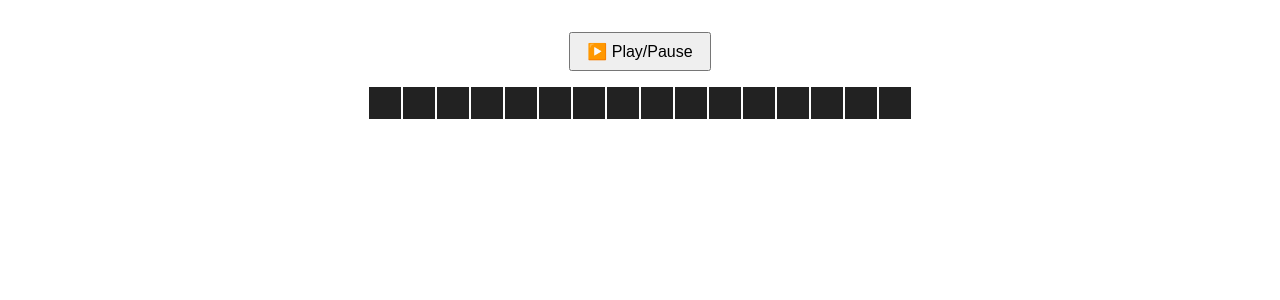
Repository: Aldentec/8-bit-Composer
Page: index.html
These files come from the project's save history. The page is drawn as it stood at one moment and after the next save; the edit follows.
The browser window is 1280 px wide. The pictures show the whole page.
Some web libraries are served in a nearby version.

Above is the page before, as saved 2025-05-27 17:32:31.

After the next save:
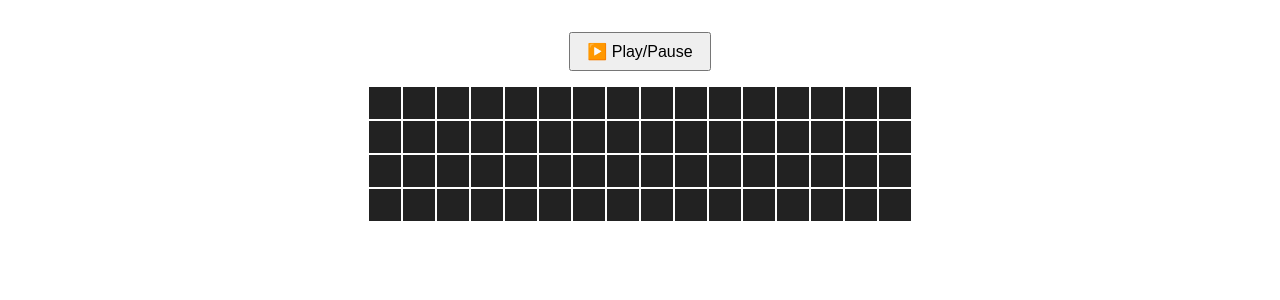
Saved 1 s later.
--- a/main.js
+++ b/main.js
@@ -1,42 +1,72 @@
-// 1–5: grid setup (you should already have this)
-const STEPS = 16;
-const gridState = Array(STEPS).fill(false);
+// Constants
+const STEPS    = 16;
+const CHANNELS = 4;
+
+// 1) Build a 2D grid state array
+const gridState = Array.from(
+  { length: CHANNELS },
+  () => Array(STEPS).fill(false)
+);
+
+// 2) Render the grid UI
 const gridEl = document.getElementById('grid');
-for (let i = 0; i < STEPS; i++) {
-  const cell = document.createElement('div');
-  cell.className = 'cell';
-  cell.dataset.step = i;
-  cell.addEventListener('click', () => {
-    gridState[i] = !gridState[i];
-    cell.classList.toggle('active', gridState[i]);
-  });
-  gridEl.append(cell);
+gridEl.innerHTML = '';  // ensure it’s empty
+
+for (let row = 0; row < CHANNELS; row++) {
+  for (let step = 0; step < STEPS; step++) {
+    const cell = document.createElement('div');
+    cell.className = 'cell';
+    cell.dataset.row  = row;
+    cell.dataset.step = step;
+    cell.addEventListener('click', () => {
+      gridState[row][step] = !gridState[row][step];
+      cell.classList.toggle('active', gridState[row][step]);
+    });
+    gridEl.append(cell);
+  }
 }
 
-// ─── Step 6: Create your single square-wave voice ───
-const osc = new Tone.Oscillator(440, 'square').toDestination();
+// 3) Create your four chip voices
+const osc1 = new Tone.Oscillator(440, 'square').toDestination();
+const osc2 = new Tone.Oscillator(330, 'square').toDestination();
+const osc3 = new Tone.Oscillator(220, 'triangle').toDestination();
+const noiseSynth = new Tone.NoiseSynth({
+  noise:    { type: 'white' },
+  envelope: { attack: 0.001, decay: 0.2, sustain: 0 }
+}).toDestination();
 
-// ─── Step 7: Schedule the sequencer ───
+// 4) Wrap each in a trigger function
+const voices = [
+  time => { osc1.start(time);       osc1.stop(time + 0.1); },
+  time => { osc2.start(time);       osc2.stop(time + 0.1); },
+  time => { osc3.start(time);       osc3.stop(time + 0.1); },
+  time => { noiseSynth.triggerAttackRelease('16n', time); }
+];
+
+// 5) Sequencer scheduling
 let cursor = 0;
 Tone.Transport.bpm.value = 120;
+
 Tone.Transport.scheduleRepeat((time) => {
-  if (gridState[cursor]) {
-    osc.frequency.setValueAtTime(440, time);
-    osc.start(time);
-    osc.stop(time + 0.1);
-  }
-  cursor = (cursor + 1) % STEPS;
+  const step = cursor % STEPS;
+  voices.forEach((triggerFn, row) => {
+    if (gridState[row][step]) {
+      triggerFn(time);
+    }
+  });
+  cursor++;
 }, '16n');
 
-// ─── Step 8: Wire up Play/Pause ───
+// 6) Play/Pause button
 const btn = document.getElementById('play');
 btn.addEventListener('click', async () => {
-  await Tone.start();            // unlock audio on first gesture
+  await Tone.start();  // unlock audio
+
   if (Tone.Transport.state === 'started') {
     Tone.Transport.stop();
     btn.textContent = '▶️ Play';
   } else {
-    cursor = 0;                  // reset to step 0
+    cursor = 0;
     Tone.Transport.start();
     btn.textContent = '⏸️ Pause';
   }
